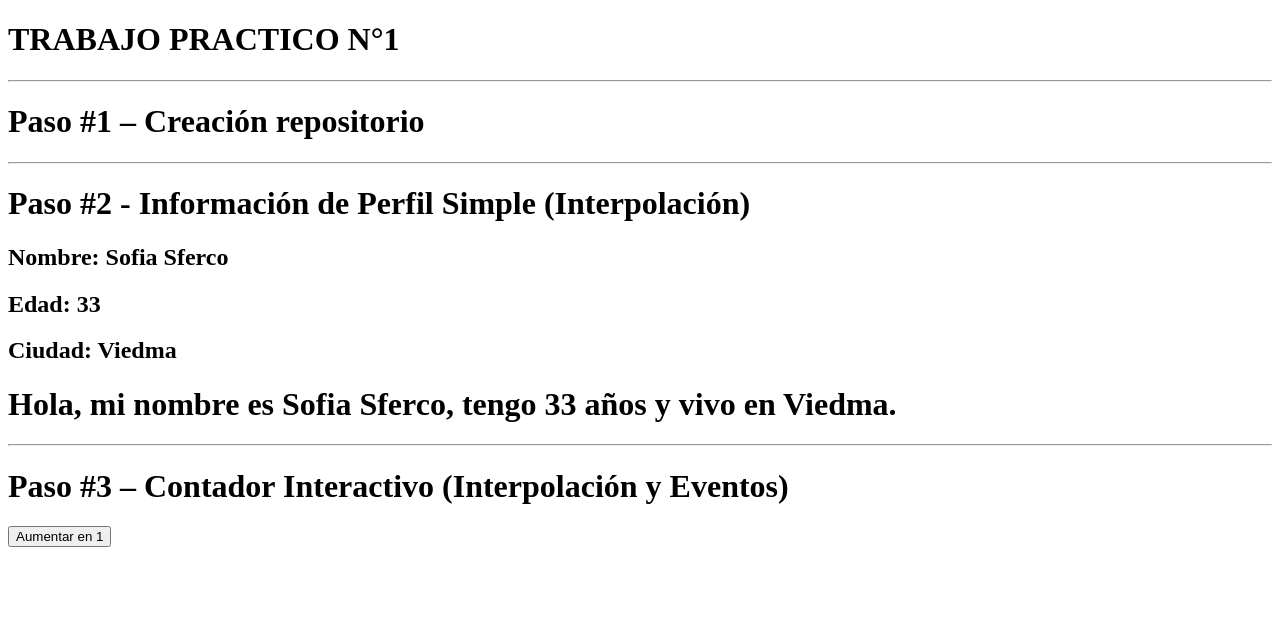
Repository: SofiaSferco/PWA-2026
Page: practico01/index.html
The author's editor kept a copy of each file at every save. The page is drawn from the files as they stood at one save, then again after a run of saves.
The browser window is 1280 px wide. The pictures show the whole page.

Above is the page before, as saved 2026-09-10 00:43:10.

After the next 2 saves:
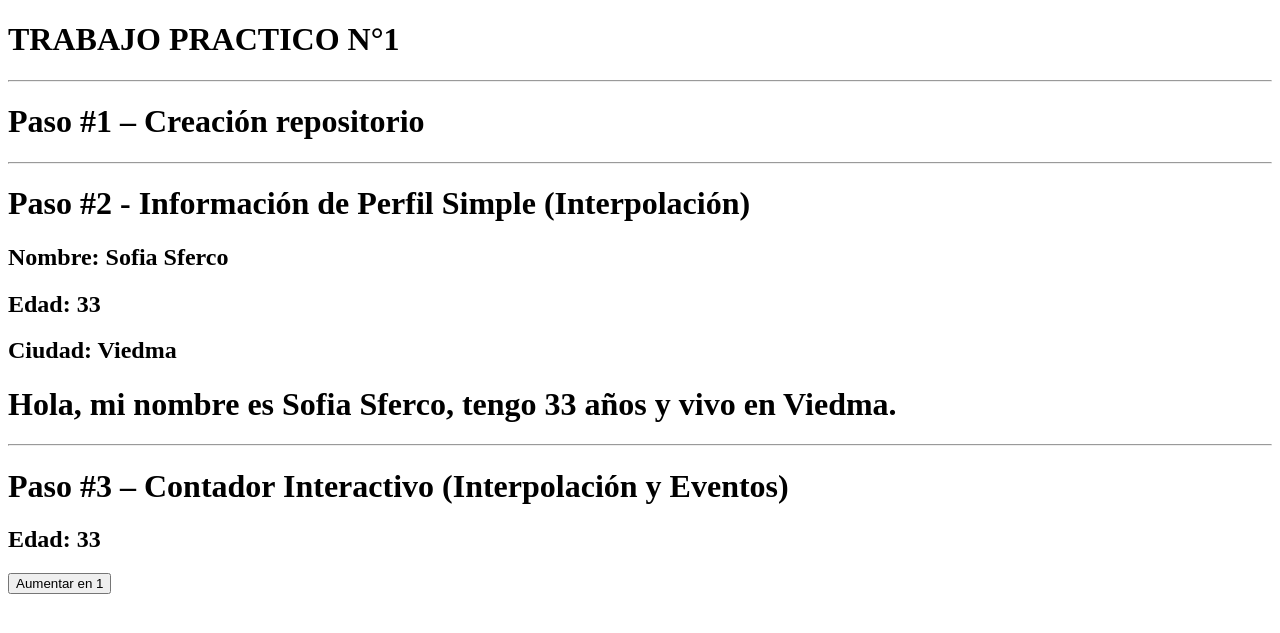
The 2 saves are shown as one change because they came seconds apart.
The last was saved 10 s later.
--- a/practico01/index.html
+++ b/practico01/index.html
@@ -20,7 +20,7 @@
         <h1>Hola, mi nombre es {{nombre}}, tengo {{edad}} años y vivo en {{ciudad}}.</h1>
         <hr>
         <h1>Paso #3 – Contador Interactivo (Interpolación y Eventos)</h1>
-
+        <h2>Edad: {{edad}}</h2>
         <button v-on:click="aumentar">Aumentar en 1</button>
     </div>
     <script>
